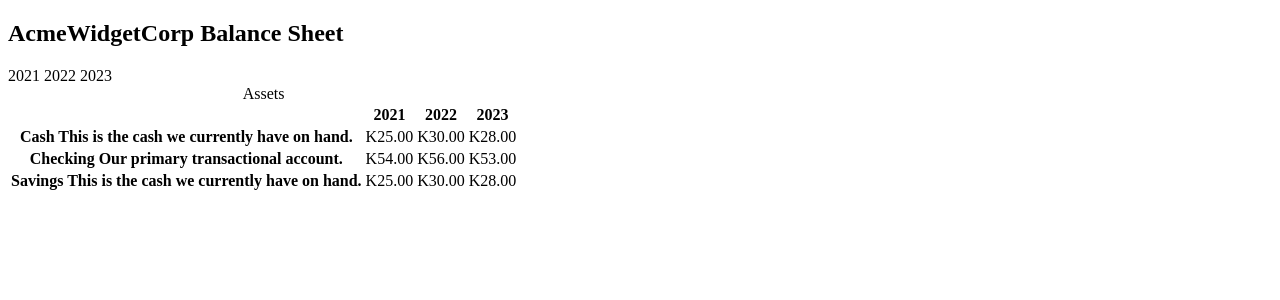
Repository: Lungdjos/balance_shee
Page: index.html
These files come from the project's save history. The page is drawn as it stood at one moment and after the next save; the edit follows.
The browser window is 1280 px wide. The pictures show the whole page.

Above is the page before, as saved 2023-10-31 08:52:16.

### index.html
<!DOCTYPE html>
<html lang="en">

<head>
    <meta charset="UTF-8">
    <meta name="viewport" content="width=device-width, initial-scale=1.0">
    <title>Balance Sheet</title>
    <link rel="stylesheet" href="styles.css">
</head>

<body>
    <main>
        <section>
            <h1>
                <span class="flex">
                <span>AcmeWidgetCorp</span>
                <span>Balance Sheet</span>
                </span>
            </h1>
            <div id="years" aria-hidden="true">
                <span class="year">2021</span>
                <span class="year">2022</span>
                <span class="year">2023</span>
            </div>
            <div class="table-wrap">
                <table>
                    <caption>Assets</caption>
                    <thead>
                        <tr>
                            <td></td>
                            <th><span class="sr-only year">2021</span></th>
                            <th><span class="sr-only year">2022</span></th>
                            <th class="current"><span class="current">2023</span></th>
                        </tr>
                    </thead>
                    <tbody>
                        <tr class="data">
                            <th>
                                Cash <span class="description">This is the cash we currently have on hand.</span>
                            </th>
                            <td>K25.00</td>
                            <td>K30.00</td>
                            <td class="current">K28.00</td>
                        </tr>
                        <tr class="data">
                            <th>
                                Checking <span class="description">Our primary transactional account.</span>
                            </th>
                            <td>K54.00</td>
                            <td>K56.00</td>
                            <td class="current">K53.00</td>
                        </tr>
                        <tr class="data">
                            <th>
                                Savings <span class="description">This is the cash we currently have on hand.</span>
                            </th>
                            <td>K25.00</td>
                            <td>K30.00</td>
                            <td class="current">K28.00</td>
                        </tr>
                        <tr class="total"></tr>
                    </tbody>
                </table>
                <table></table>
                <table></table>
            </div>
        </section>
    </main>
</body>

</html>

</html>

Loaded but not shown: styles.css (no copy from this time; the picture is the same without it)

After the next save:
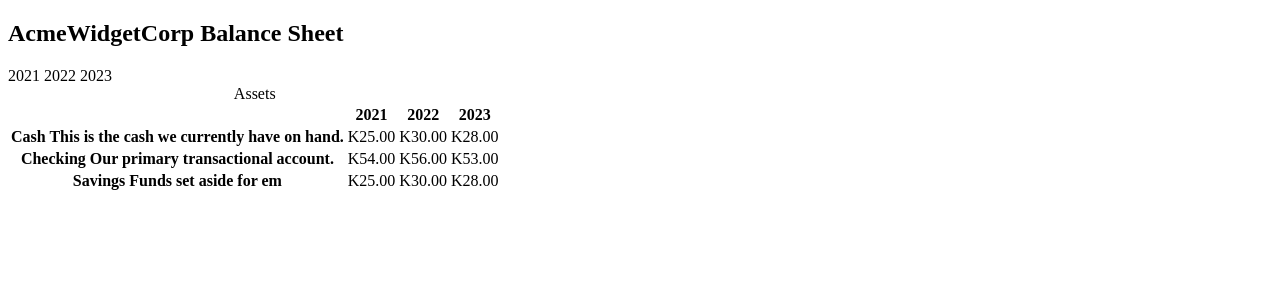
Saved 12 s later.
--- a/index.html
+++ b/index.html
@@ -52,7 +52,7 @@
                         </tr>
                         <tr class="data">
                             <th>
-                                Savings <span class="description">This is the cash we currently have on hand.</span>
+                                Savings <span class="description">Funds set aside for em</span>
                             </th>
                             <td>K25.00</td>
                             <td>K30.00</td>
